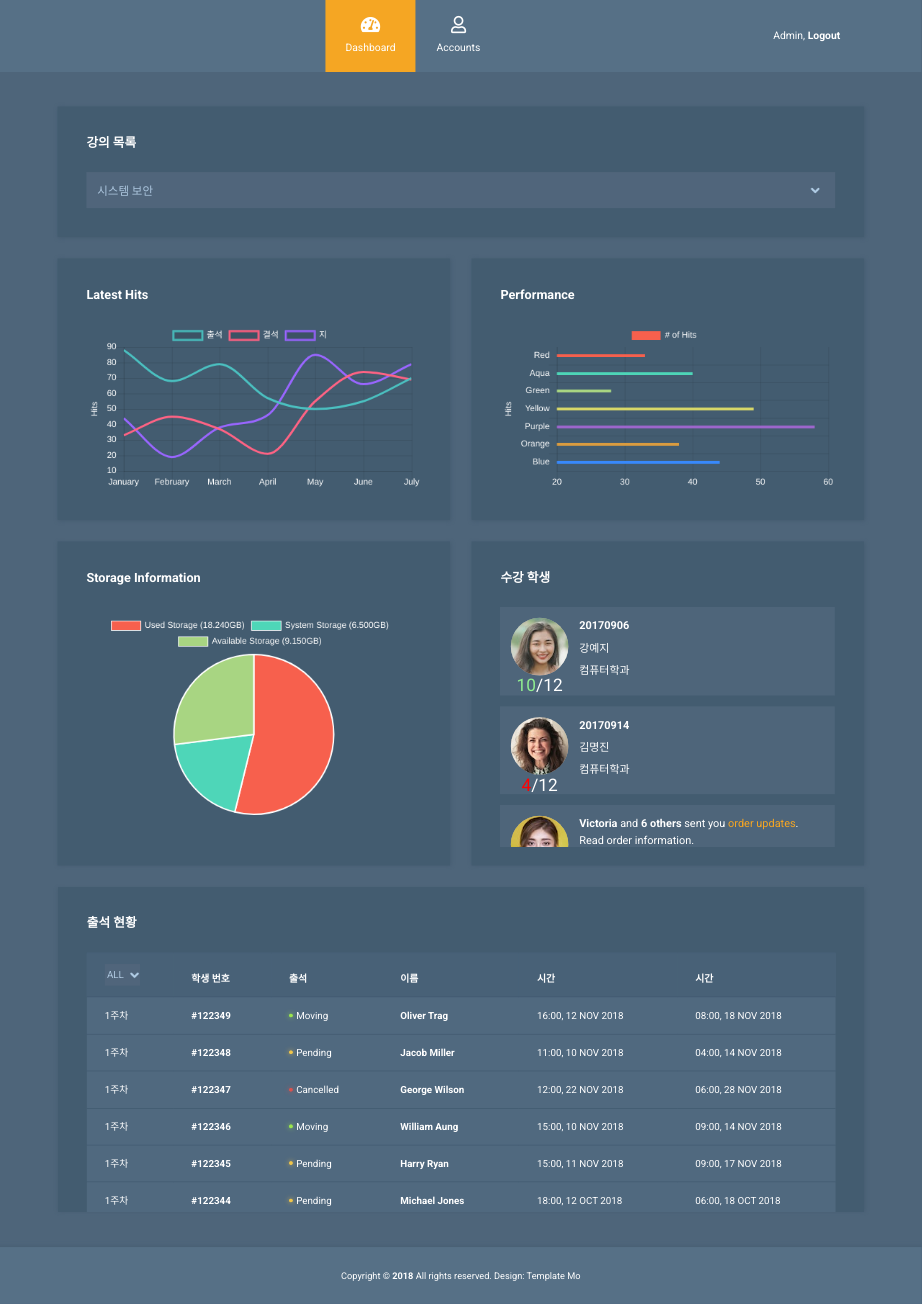
Repository: YJ-S2/2019-FaceAPI
Page: test1-master/web/123/WebContent/web1.html
These files come from the project's save history. The page is drawn as it stood at one moment and after the next save; the edit follows.
The browser window is 1280 px wide. The pictures show the whole page, at 72% of full size.
An inner scrolling area shows only its first screen.

Above is the page before, as saved 2019-08-07 09:36:38.

### test1-master/web/123/WebContent/web1.html
<!DOCTYPE html>
<html lang="en">

<head>
    <meta charset="UTF-8">
    <meta name="viewport" content="width=device-width, initial-scale=1.0">
    <meta http-equiv="X-UA-Compatible" content="ie=edge">
    <title>Product Admin - Dashboard HTML Template</title>
    <link rel="icon" type="image/png" href="img/logo1.png"/>

    <link rel="stylesheet" href="https://fonts.googleapis.com/css?family=Roboto:400,700">
    <!-- https://fonts.google.com/specimen/Roboto -->
    <link rel="stylesheet" href="css/fontawesome.min.css">
    <!-- https://fontawesome.com/ -->
    <link rel="stylesheet" href="css/bootstrap.min.css">
    <!-- https://getbootstrap.com/ -->
    <link rel="stylesheet" href="css/templatemo-style.css">
    <!--
	Product Admin CSS Template
	https://templatemo.com/tm-524-product-admin
	-->
	<style>
	.custom-select30 {
	  width: 70%;
	  border: none;
	  color: #acc6de;
	  height: 30px;
	  -webkit-appearance: none;
	  -moz-appearance: none;
	  -ms-appearance: none;
	  -o-appearance: none;
	  appearance: none;
	  -webkit-border-radius: 0;
	  -moz-border-radius: 0;
	  -ms-border-radius: 0;
	  -o-border-radius: 0;
	  border-radius: 0;
	  padding: 3px;
	  background: url(../img/arrow-down.png) 98% no-repeat #50657b;
	}
	.left-mj{
		 margin: 0 0 0 auto;
	}
	.c_red{
		color:red;
	}
	.c_green{
		color:lightgreen;
	}
	.logo {
  width: 25%;
  height: 100%;
  display: -webkit-box;
  display: -webkit-flex;
  display: -moz-box;
  display: -ms-flexbox;
  display: flex;
  justify-content: flex-start;
  align-items: center;
}

.logo img {
  max-width: 100%;
  max-height: 50%;
}
.logo{display: none;}
	</style>
</head>

<body id="reportsPage">
    <div class="" id="home">
        <nav class="navbar navbar-expand-xl">
            <div class="container h-100">
                <a class="navbar-brand" href="index.html">
                	<!-- <img src="img/logo_2.png" alt="" class="">-->
                </a>
                <button class="navbar-toggler ml-auto mr-0" type="button" data-toggle="collapse" data-target="#navbarSupportedContent"
                    aria-controls="navbarSupportedContent" aria-expanded="false" aria-label="Toggle navigation">
                    <i class="fas fa-bars tm-nav-icon"></i>
                </button>

                <div class="collapse navbar-collapse" id="navbarSupportedContent">
                    <ul class="navbar-nav mx-auto h-100">
                        <li class="nav-item">
                            <a class="nav-link active" href="#">
                                <i class="fas fa-tachometer-alt"></i>
                                Dashboard
                                <span class="sr-only">(current)</span>
                            </a>
                        </li>

                        <li class="nav-item">
                            <a class="nav-link" href="http://localhost:9089/123/accounts.html">
                                <i class="far fa-user"></i>
                                Accounts
                            </a>
                        </li>
                    </ul>
                    <ul class="navbar-nav">
                        <li class="nav-item">
                            <a class="nav-link d-block" href="login.html">
                                Admin, <b>Logout</b>
                            </a>
                        </li>
                    </ul>
                </div>
            </div>

        </nav>
        <div class="container mt-5">
            <div class="row tm-content-row">
		          <div class="col-12 tm-block-col">
		            <div class="tm-bg-primary-dark tm-block tm-block-h-auto">
		              <h2 class="tm-block-title">강의 목록</h2>
		              <select class="custom-select">
		                <option value="0">시스템 보안</option>
		                <option value="1">모바일 소프트웨어</option>
		                <option value="2">시스템 프로그래밍</option>
		                <option value="3">데이터베이스 개론</option>
		                <option value="4">컴퓨터 구조</option>
		              </select>
		            </div>
		          </div>
		        </div>
            <!-- row -->
            <div class="row tm-content-row">

                <div class="col-sm-12 col-md-12 col-lg-6 col-xl-6 tm-block-col">
                    <div class="tm-bg-primary-dark tm-block">
                        <h2 class="tm-block-title">Latest Hits</h2>
                        <canvas id="lineChart"></canvas>
                    </div>
                </div>
                <div class="col-sm-12 col-md-12 col-lg-6 col-xl-6 tm-block-col">
                    <div class="tm-bg-primary-dark tm-block">
                        <h2 class="tm-block-title">Performance</h2>
                        <canvas id="barChart"></canvas>
                    </div>
                </div>

                <div class="col-sm-12 col-md-12 col-lg-6 col-xl-6 tm-block-col">
                    <div class="tm-bg-primary-dark tm-block tm-block-taller">
                        <h2 class="tm-block-title">Storage Information</h2>
                        <div id="pieChartContainer">
                            <canvas id="pieChart" class="chartjs-render-monitor" width="200" height="200"></canvas>
                        </div>
                    </div>
                </div>
                <div class="col-sm-12 col-md-12 col-lg-6 col-xl-6 tm-block-col">
                    <div class="tm-bg-primary-dark tm-block tm-block-taller tm-block-overflow">
                        <h2 class="tm-block-title">수강 학생</h2>
                        <div class="tm-notification-items">
                            <div class="media tm-notification-item">
                                <div class="tm-gray-circle"><img src="img/notification-01.jpg" alt="Avatar Image" class="rounded-circle">
                                <div align="center"><h4><span class="c_green">10</span>/12</h4></div></div>

	                                <div class="media-body">
	                                	<p class="mb-2"><b>20170906</b></p>
	                                    <p class="mb-2">강예지</p>
	                                    <p class="mb-2">컴퓨터학과</p>
	                                </div>

                            </div>
                            <div class="media tm-notification-item">
                                <div class="tm-gray-circle"><img src="img/notification-02.jpg" alt="Avatar Image" class="rounded-circle">
                                <div align="center"><h4><span class="c_red">4</span>/12</h4></div></div>
                                <div class="media-body">
                                    <p class="mb-2"><b>20170914</b></p>
	                                    <p class="mb-2">김명진</p>
	                                    <p class="mb-2">컴퓨터학과</p>
                                </div>
                            </div>
                            <div class="media tm-notification-item">
                                <div class="tm-gray-circle"><img src="img/notification-03.jpg" alt="Avatar Image" class="rounded-circle"></div>
                                <div class="media-body">
                                    <p class="mb-2"><b>Victoria</b> and <b>6 others</b> sent you <a href="#"
                                            class="tm-notification-link">order updates</a>. Read order information.</p>
                                    <span class="tm-small tm-text-color-secondary">6h ago.</span>
                                </div>
                            </div>
                            <div class="media tm-notification-item">
                                <div class="tm-gray-circle"><img src="img/notification-01.jpg" alt="Avatar Image" class="rounded-circle"></div>
                                <div class="media-body">
                                    <p class="mb-2"><b>Laura Cute</b> and <b>6 others</b> sent you <a href="#"
                                            class="tm-notification-link">product records</a>.</p>
                                    <span class="tm-small tm-text-color-secondary">6h ago.</span>
                                </div>
                            </div>
                            <div class="media tm-notification-item">
                                <div class="tm-gray-circle"><img src="img/notification-02.jpg" alt="Avatar Image" class="rounded-circle"></div>
                                <div class="media-body">
                                    <p class="mb-2"><b>Samantha</b> and <b>6 others</b> sent you <a href="#"
                                            class="tm-notification-link">order stuffs</a>.</p>
                                    <span class="tm-small tm-text-color-secondary">6h ago.</span>
                                </div>
                            </div>
                            <div class="media tm-notification-item">
                                <div class="tm-gray-circle"><img src="img/notification-03.jpg" alt="Avatar Image" class="rounded-circle"></div>
                                <div class="media-body">
                                    <p class="mb-2"><b>Sophie</b> and <b>6 others</b> sent you <a href="#"
                                            class="tm-notification-link">product updates</a>.</p>
                                    <span class="tm-small tm-text-color-secondary">6h ago.</span>
                                </div>
                            </div>
                            <div class="media tm-notification-item">
                                <div class="tm-gray-circle"><img src="img/notification-01.jpg" alt="Avatar Image" class="rounded-circle"></div>
                                <div class="media-body">
                                    <p class="mb-2"><b>Lily A</b> and <b>6 others</b> sent you <a href="#"
                                            class="tm-notification-link">product updates</a>.</p>
                                    <span class="tm-small tm-text-color-secondary">6h ago.</span>
                                </div>
                            </div>
                            <div class="media tm-notification-item">
                                <div class="tm-gray-circle"><img src="img/notification-02.jpg" alt="Avatar Image" class="rounded-circle"></div>
                                <div class="media-body">
                                    <p class="mb-2"><b>Amara</b> and <b>6 others</b> sent you <a href="#"
                                            class="tm-notification-link">product updates</a>.</p>
                                    <span class="tm-small tm-text-color-secondary">6h ago.</span>
                                </div>
                            </div>
                            <div class="media tm-notification-item">
                                <div class="tm-gray-circle"><img src="img/notification-03.jpg" alt="Avatar Image" class="rounded-circle"></div>
                                <div class="media-body">
                                    <p class="mb-2"><b>Cinthela</b> and <b>6 others</b> sent you <a href="#"
                                            class="tm-notification-link">product updates</a>.</p>
                                    <span class="tm-small tm-text-color-secondary">6h ago.</span>
                                </div>
                            </div>
                        </div>
                    </div>
                </div>
                <div class="col-12 tm-block-col">
                    <div class="tm-bg-primary-dark tm-block tm-block-taller tm-block-scroll">
                    	<h2 class="tm-block-title">출석 현황</h2>



                        <table class="table">
                            <thead>
                                <tr>
                                	<th scope="col">
	                                	<select class="custom-select30">
	                                		<option value="0">ALL</option>
							                <option value="1">1 주차</option>
							                <option value="2">2 주차</option>
							                <option value="3">3 주차</option>
							                <option value="4">4 주차</option>
							           	</select>
							        </th>
                                    <th scope="col">학생 번호</th>
                                    <th scope="col">출석</th>
                                    <th scope="col">이름</th>
                                    <th scope="col">시간</th>
                                    <th scope="col">시간</th>
                                </tr>
                            </thead>
                            <tbody>
                                <tr>
                                	<td>1주차</td>
                                    <th scope="row"><b>#122349</b></th>
                                    <td>
                                        <div class="tm-status-circle moving">
                                        </div>Moving
                                    </td>
                                    <td><b>Oliver Trag</b></td>
                                    <td>16:00, 12 NOV 2018</td>
                                    <td>08:00, 18 NOV 2018</td>
                                </tr>
                                <tr>
                                	<td>1주차</td>
                                    <th scope="row"><b>#122348</b></th>
                                    <td>
                                        <div class="tm-status-circle pending">
                                        </div>Pending
                                    </td>
                                    <td><b>Jacob Miller</b></td>
                                    <td>11:00, 10 NOV 2018</td>
                                    <td>04:00, 14 NOV 2018</td>
                                </tr>
                                <tr>
                                	<td>1주차</td>
                                    <th scope="row"><b>#122347</b></th>
                                    <td>
                                        <div class="tm-status-circle cancelled">
                                        </div>Cancelled
                                    </td>
                                    <td><b>George Wilson</b></td>
                                    <td>12:00, 22 NOV 2018</td>
                                    <td>06:00, 28 NOV 2018</td>
                                </tr>
                                <tr>
                                	<td>1주차</td>
                                    <th scope="row"><b>#122346</b></th>
                                    <td>
                                        <div class="tm-status-circle moving">
                                        </div>Moving
                                    </td>
                                    <td><b>William Aung</b></td>
                                    <td>15:00, 10 NOV 2018</td>
                                    <td>09:00, 14 NOV 2018</td>
                                </tr>
                                <tr>
                                	<td>1주차</td>
                                    <th scope="row"><b>#122345</b></th>
                                    <td>
                                        <div class="tm-status-circle pending">
                                        </div>Pending
                                    </td>
                                    <td><b>Harry Ryan</b></td>
                                    <td>15:00, 11 NOV 2018</td>
                                    <td>09:00, 17 NOV 2018</td>
                                </tr>
                                <tr>
                                	<td>1주차</td>
                                    <th scope="row"><b>#122344</b></th>
                                    <td>
                                        <div class="tm-status-circle pending">
                                        </div>Pending
                                    </td>
                                    <td><b>Michael Jones</b></td>
                                    <td>18:00, 12 OCT 2018</td>
                                    <td>06:00, 18 OCT 2018</td>
                                </tr>
                                <tr>
                                	<td>1주차</td>
                                    <th scope="row"><b>#122343</b></th>
                                    <td>
                                        <div class="tm-status-circle moving">
                                        </div>Moving
                                    </td>
                                    <td><b>Timmy Davis</b></td>
                                    <td>12:00, 10 OCT 2018</td>
                                    <td>08:00, 18 OCT 2018</td>
                                </tr>
                                <tr>
                                	<td>1주차</td>
                                    <th scope="row"><b>#122342</b></th>
                                    <td>
                                        <div class="tm-status-circle moving">
                                        </div>Moving
                                    </td>
                                    <td><b>Oscar Phyo</b></td>
                                    <td>15:30, 06 OCT 2018</td>
                                    <td>09:30, 16 OCT 2018</td>
                                </tr>
                                <tr>
                                	<td>1주차</td>
                                    <th scope="row"><b>#122341</b></th>
                                    <td>
                                        <div class="tm-status-circle moving">
                                        </div>Moving
                                    </td>
                                    <td><b>Charlie Brown</b></td>
                                    <td>11:00, 10 OCT 2018</td>
                                    <td>03:00, 14 OCT 2018</td>
                                </tr>
                                <tr>
                                	<td>1주차</td>
                                    <th scope="row"><b>#122340</b></th>
                                    <td>
                                        <div class="tm-status-circle cancelled">
                                        </div>Cancelled
                                    </td>
                                    <td><b>Wilson Cookies</b></td>
                                    <td>17:30, 12 OCT 2018</td>
                                    <td>08:30, 22 OCT 2018</td>
                                </tr>
                                <tr>
                                	<td>1주차</td>
                                    <th scope="row"><b>#122339</b></th>
                                    <td>
                                        <div class="tm-status-circle moving">
                                        </div>Moving
                                    </td>
                                    <td><b>Richard Clamon</b></td>
                                    <td>15:00, 12 OCT 2018</td>
                                    <td>09:20, 26 OCT 2018</td>
                                </tr>
                            </tbody>
                        </table>
                    </div>
                </div>
            </div>
        </div>
        <footer class="tm-footer row tm-mt-small">
            <div class="col-12 font-weight-light">
                <p class="text-center text-white mb-0 px-4 small">
                    Copyright &copy; <b>2018</b> All rights reserved.

                    Design: <a rel="nofollow noopener" href="https://templatemo.com" class="tm-footer-link">Template Mo</a>
                </p>
            </div>
        </footer>
    </div>

    <script src="js/jquery-3.3.1.min.js"></script>
    <!-- https://jquery.com/download/ -->
    <script src="js/moment.min.js"></script>
    <!-- https://momentjs.com/ -->
    <script src="js/Chart.min.js"></script>
    <!-- http://www.chartjs.org/docs/latest/ -->
    <script src="js/bootstrap.min.js"></script>
    <!-- https://getbootstrap.com/ -->
    <script src="js/tooplate-scripts.js"></script>
    <script>
        Chart.defaults.global.defaultFontColor = 'white';
        let ctxLine,
            ctxBar,
            ctxPie,
            optionsLine,
            optionsBar,
            optionsPie,
            configLine,
            configBar,
            configPie,
            lineChart;
        barChart, pieChart;
        // DOM is ready
        $(function () {
            drawLineChart(); // Line Chart
            drawBarChart(); // Bar Chart
            drawPieChart(); // Pie Chart

            $(window).resize(function () {
                updateLineChart();
                updateBarChart();
            });
        })
    </script>
</body>

</html>

Loaded but not shown: test1-master/web/123/WebContent/css/fontawesome.min.css (library); test1-master/web/123/WebContent/css/bootstrap.min.css (library); test1-master/web/123/WebContent/js/jquery-3.3.1.min.js (library); test1-master/web/123/WebContent/js/moment.min.js (library); test1-master/web/123/WebContent/js/Chart.min.js (library); test1-master/web/123/WebContent/js/bootstrap.min.js (library); test1-master/web/123/WebContent/js/tooplate-scripts.js (192 lines, source omitted); test1-master/web/123/WebContent/css/templatemo-style.css (709 lines, source omitted)

After the next save:
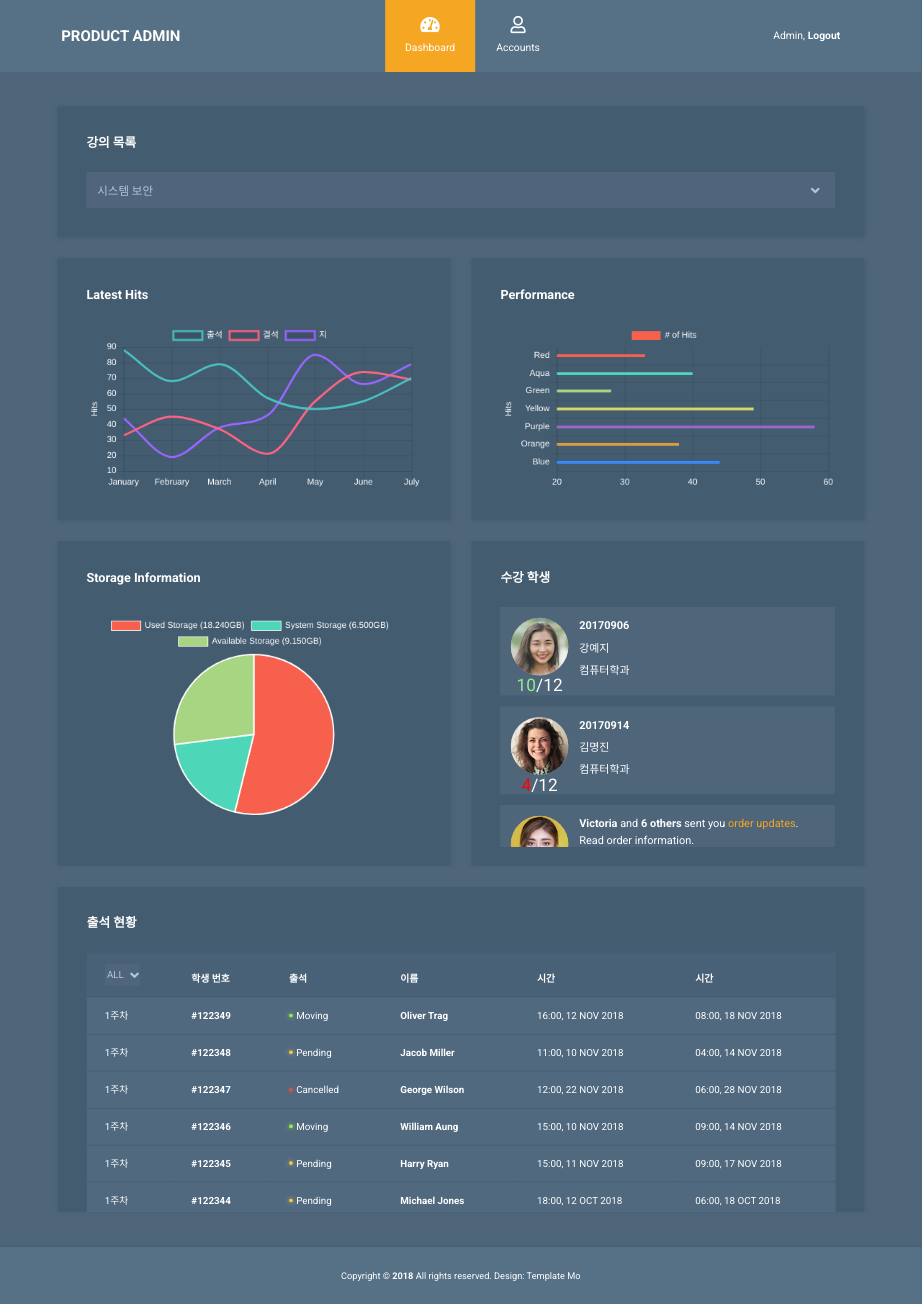
Saved 31 s later.
--- a/test1-master/web/123/WebContent/web1.html
+++ b/test1-master/web/123/WebContent/web1.html
@@ -72,6 +72,7 @@
         <nav class="navbar navbar-expand-xl">
             <div class="container h-100">
                 <a class="navbar-brand" href="index.html">
+                	<h1 class="tm-site-title mb-0">Product Admin</h1>
                 	<!-- <img src="img/logo_2.png" alt="" class="">-->
                 </a>
                 <button class="navbar-toggler ml-auto mr-0" type="button" data-toggle="collapse" data-target="#navbarSupportedContent"
